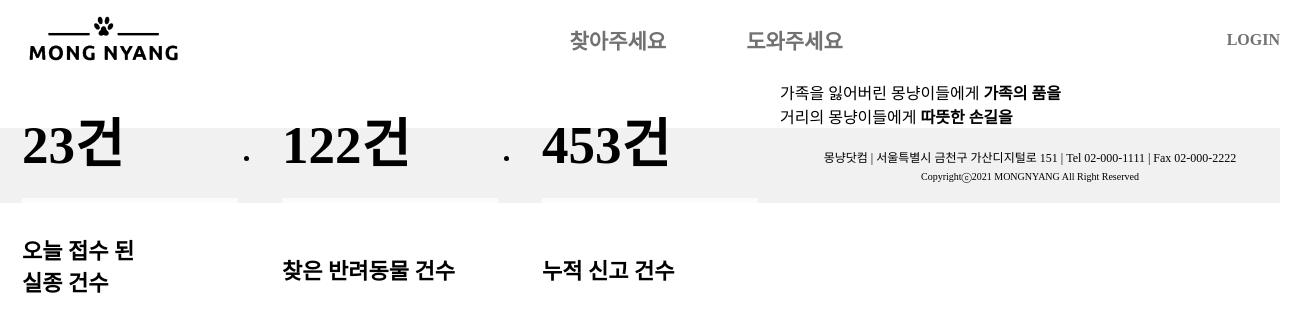
Repository: yl9517/2021.08.10_MONGNYANG_JSP
Page: http://localhost/mongNyang/main.jsp
An editor plug-in stored every save of this project. The page is shown before and after the next save, followed by the edit.
The browser window is 1280 px wide. The page is 1300 px wide, so the pictures cover 1300 px, including what lies to the right of the window. The pictures show the whole page.
The page is served by Tomcat 9.

Above is the page before, as saved 2021-08-13 15:18:43.

After the next save:
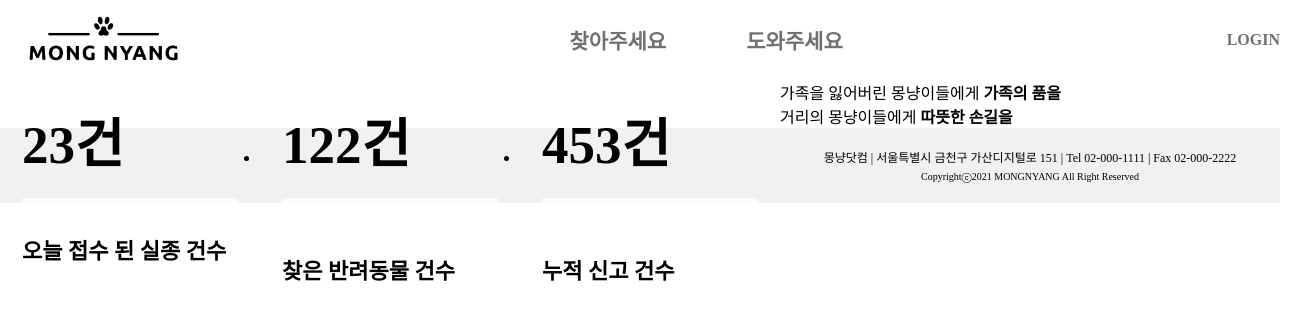
Saved 5 min 47 s later.
--- a/mongNyang/WebContent/main.jsp
+++ b/mongNyang/WebContent/main.jsp
@@ -16,7 +16,7 @@
 			<ul id="data">
 				<li>
 					<h2>23건</h2>
-					<p>오늘 접수 된 <br> 실종 건수</p>
+					<p>오늘 접수 된 실종 건수</p>
 				</li>
 				<li>
 					<h2>122건</h2>
